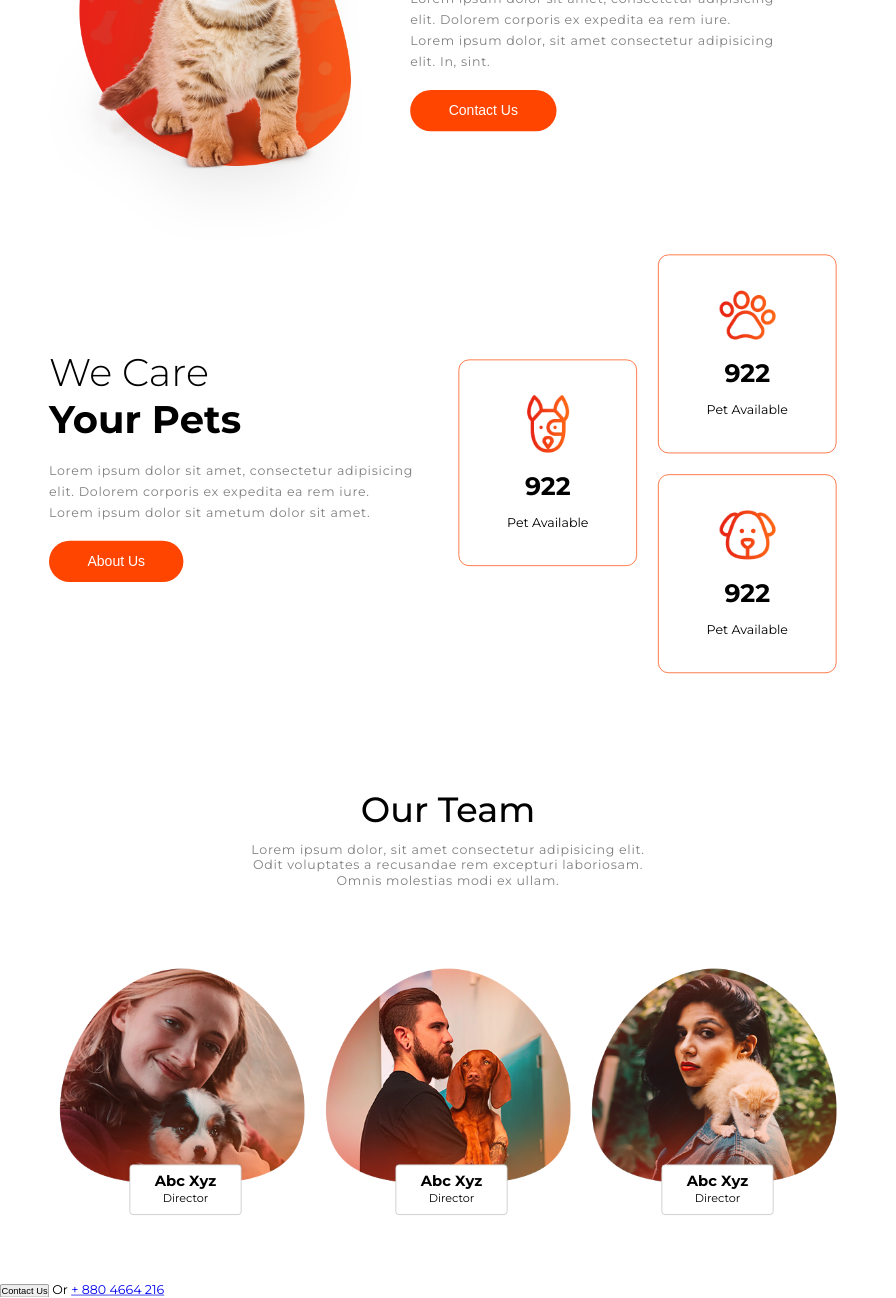
Repository: giahuy405/Day_2_Anipat
Page: index.html
An editor plug-in stored every save of this project. The page is shown before and after the next save, followed by the edit.
The browser window is 1280 px wide. The pictures show the part of the page from y = 1991 to 3911 px (the page is 3845 px tall before and 3911 px after), at 70% of full size.

Above is the page before, as saved 2022-09-09 00:11:46.

After the next save:
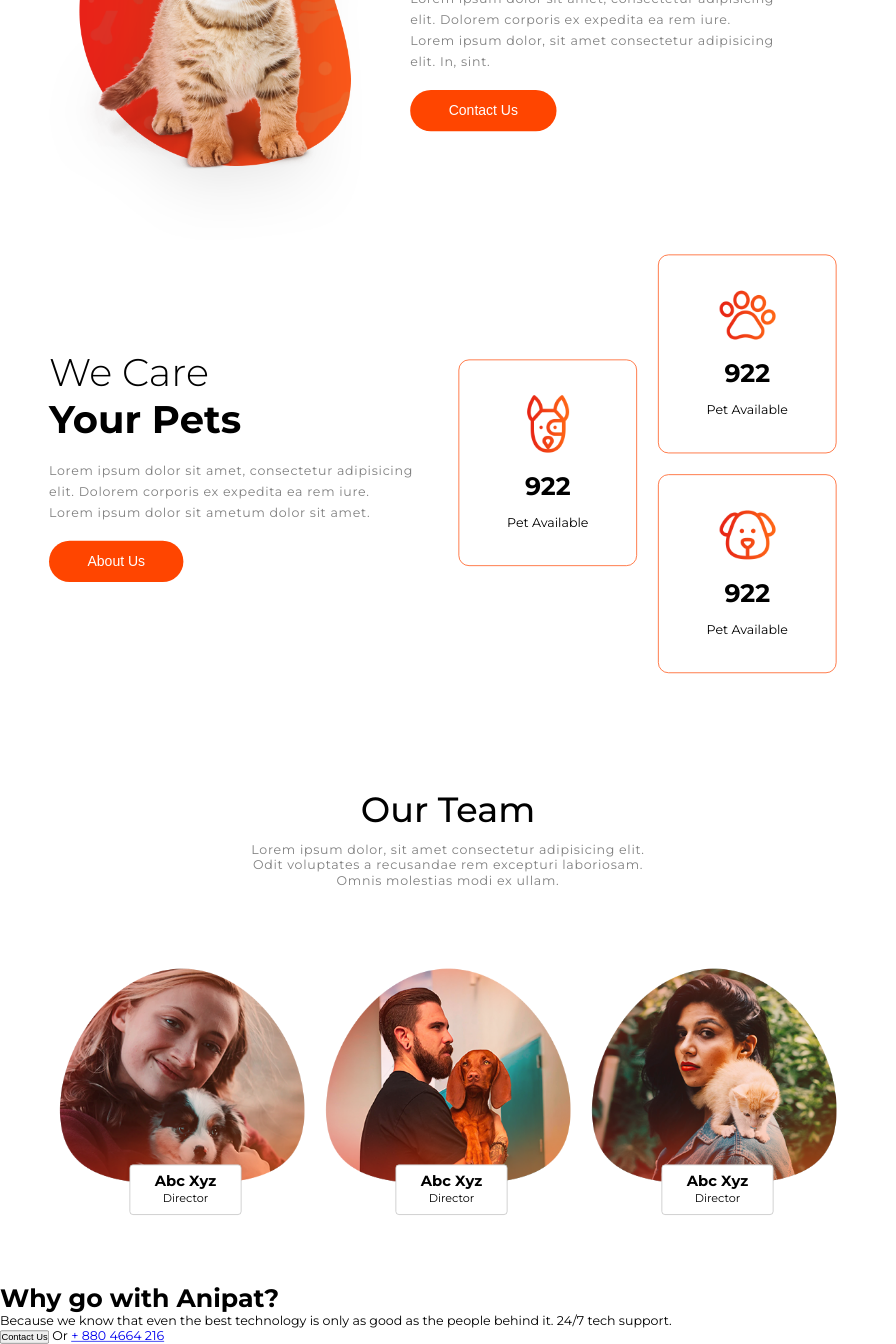
Saved 22 s later.
--- a/index.html
+++ b/index.html
@@ -181,7 +181,8 @@
     </div>
     <div class="banner">
         <div class="banner-top">
-
+            <h1>Why go with Anipat?</h1>
+            <p>Because we know that even the best technology is only as good as the people behind it. 24/7 tech support.</p>
         </div>
         <div class="banner-bottom">
             <button>Contact Us</button>
